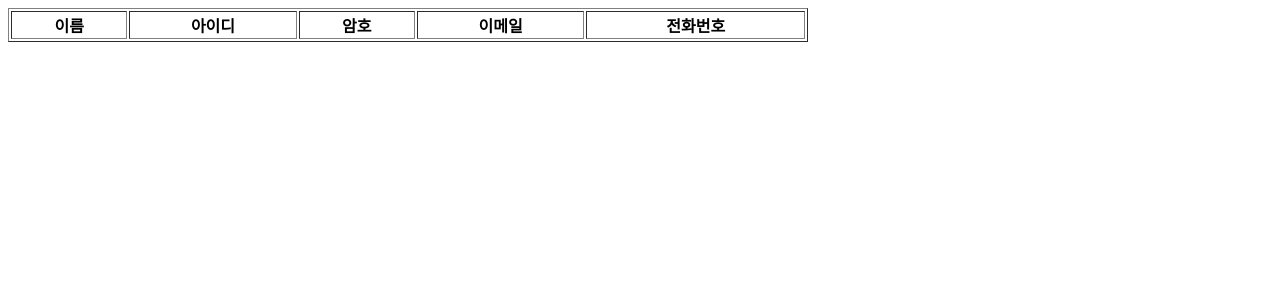
Repository: o3orr/jsp_study
Page: http://localhost/web-study-08/01_allMember.jsp
The author's editor kept a copy of each file at every save. The page is drawn from the files as they stood at one save, then again after the next save.
The browser window is 1280 px wide. The pictures show the whole page.
The page is served by Tomcat 9. Queries for data that is not in the repository find no rows.

Above is the page before, as saved 2024-03-05 03:53:19.

### web-study-08/src/main/webapp/01_allMember.jsp
<%@page import="java.sql.ResultSet"%>
<%@page import="java.sql.Statement"%>
<%@page import="java.sql.Connection"%>
<%@page import="java.sql.DriverManager"%>
<%@ page language="java" contentType="text/html; charset=UTF-8"
    pageEncoding="UTF-8"%>
<!DOCTYPE html>
<html>
<head>
<meta charset="UTF-8">
<title>Insert title here</title>
</head>
<body>
<table width="800" border="1">
	<tr>
		<th>이름</th>
		<th>아이디</th>
		<th>암호</th>
		<th>이메일</th>
		<th>전화번호</th>
	</tr>

	<%

		// 자바 sql 써줘야함 임포트는
		String url = "jdbc:oracle:thin:@localhost:1521:xe";
		Connection con = null; //연결된 정보 가지고 있음
		Statement stmt = null;
		ResultSet rs = null; //select 결과 가져옴
		String sql = "select * from member";

		try {
			// 1.드라이브 로드
			Class.forName("oracle.jdbc.driver.OracleDriver");

			// 2. 데이터베이스 연결
			con = DriverManager.getConnection(url, "c##ezen", "1234");
			// 오라클 연결 주소값, ezen, 1234

			// 3. sql 구문 전송 및 실행 결과 rs참조
			stmt = con.createStatement(); //전송
			rs = stmt.executeQuery(sql); // 실행결과

			// 4. 데이터베이스 값 출력

		} catch(Exception e){
			e.printStackTrace();
		} finally {

		}
	%>
</table>
</body>
</html>

After the next save:
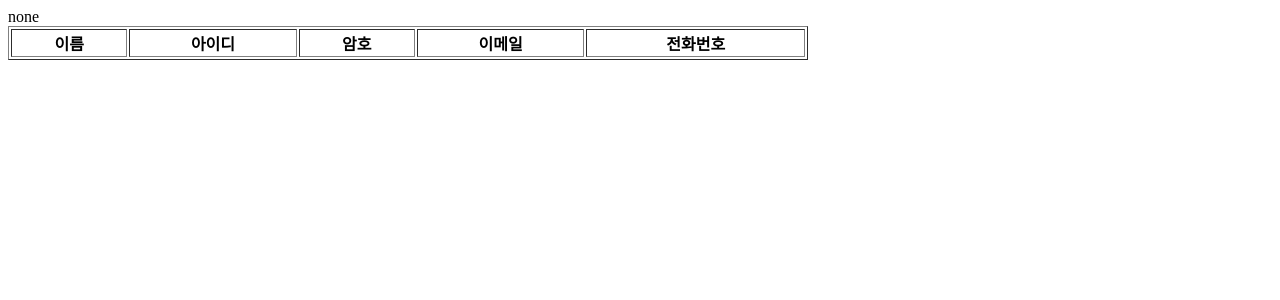
Saved 45 s later.
--- a/web-study-08/src/main/webapp/01_allMember.jsp
+++ b/web-study-08/src/main/webapp/01_allMember.jsp
@@ -40,6 +40,7 @@
 			// 3. sql 구문 전송 및 실행 결과 rs참조
 			stmt = con.createStatement(); //전송
 			rs = stmt.executeQuery(sql); // 실행결과
+			out.println(rs);
 
 			// 4. 데이터베이스 값 출력
 
